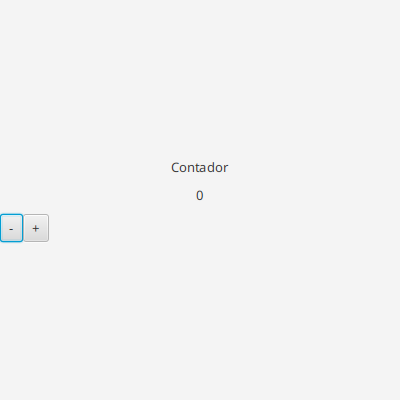
Repository: felip3sp/curso-java-completo-udemy
Program's window: java exercicios-javafx/src/basico/Contador.java
The author's editor kept a copy of each file at every save. The program's window is drawn from the files as they stood at one save, then again after the next save.
It runs on Java 21 on a 1366 x 768 screen with JavaFX 11; the title bar is not drawn.

Above is the program's window before, as saved 2022-10-10 20:50:46.

After the next save:
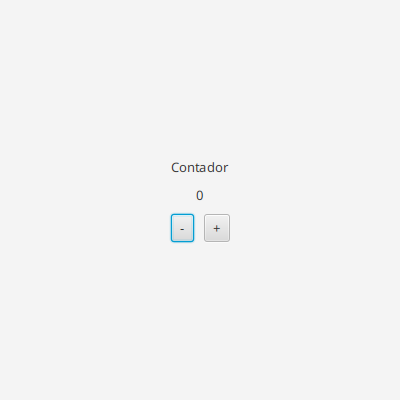
Saved 41 s later.
--- a/exercicios-javafx/src/basico/Contador.java
+++ b/exercicios-javafx/src/basico/Contador.java
@@ -21,15 +21,17 @@
 		Button botaoIncremento = new Button("+");
 
 		HBox boxBotoes = new HBox();
+		boxBotoes.setSpacing(10);
+		boxBotoes.setAlignment(Pos.CENTER);
 		boxBotoes.getChildren().add(botaoDecremento);
 		boxBotoes.getChildren().add(botaoIncremento);
 
 		VBox boxPrincipal = new VBox();
+		boxPrincipal.setSpacing(10);
+		boxPrincipal.setAlignment(Pos.CENTER);
 		boxPrincipal.getChildren().add(labelTitulo);
 		boxPrincipal.getChildren().add(labelNumero);
 		boxPrincipal.getChildren().add(boxBotoes);
-		boxPrincipal.setSpacing(10);
-		boxPrincipal.setAlignment(Pos.CENTER);
 
 		Scene cenaPrincipal = new Scene(boxPrincipal, 400, 400);
 
